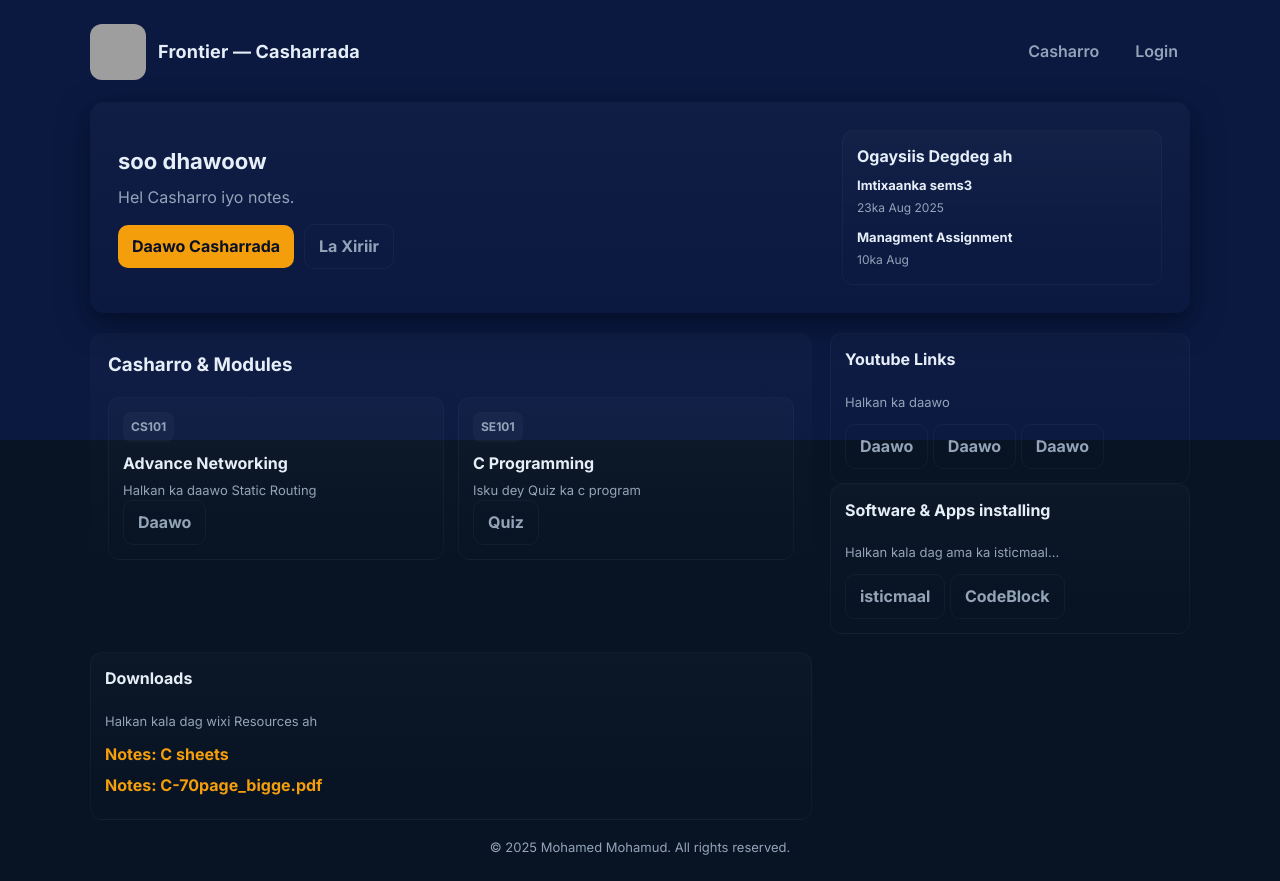
Repository: mrfiiqane/Al-Tacaawun.com
Page: index.html
The author's editor kept a copy of each file at every save. The page is drawn from the files as they stood at one save, then again after the next save.
The browser window is 1280 px wide. The pictures show the whole page.
Pictures or frames that could not be fetched are drawn as grey boxes.

Above is the page before, as saved 2025-08-12 08:52:41.

After the next save:
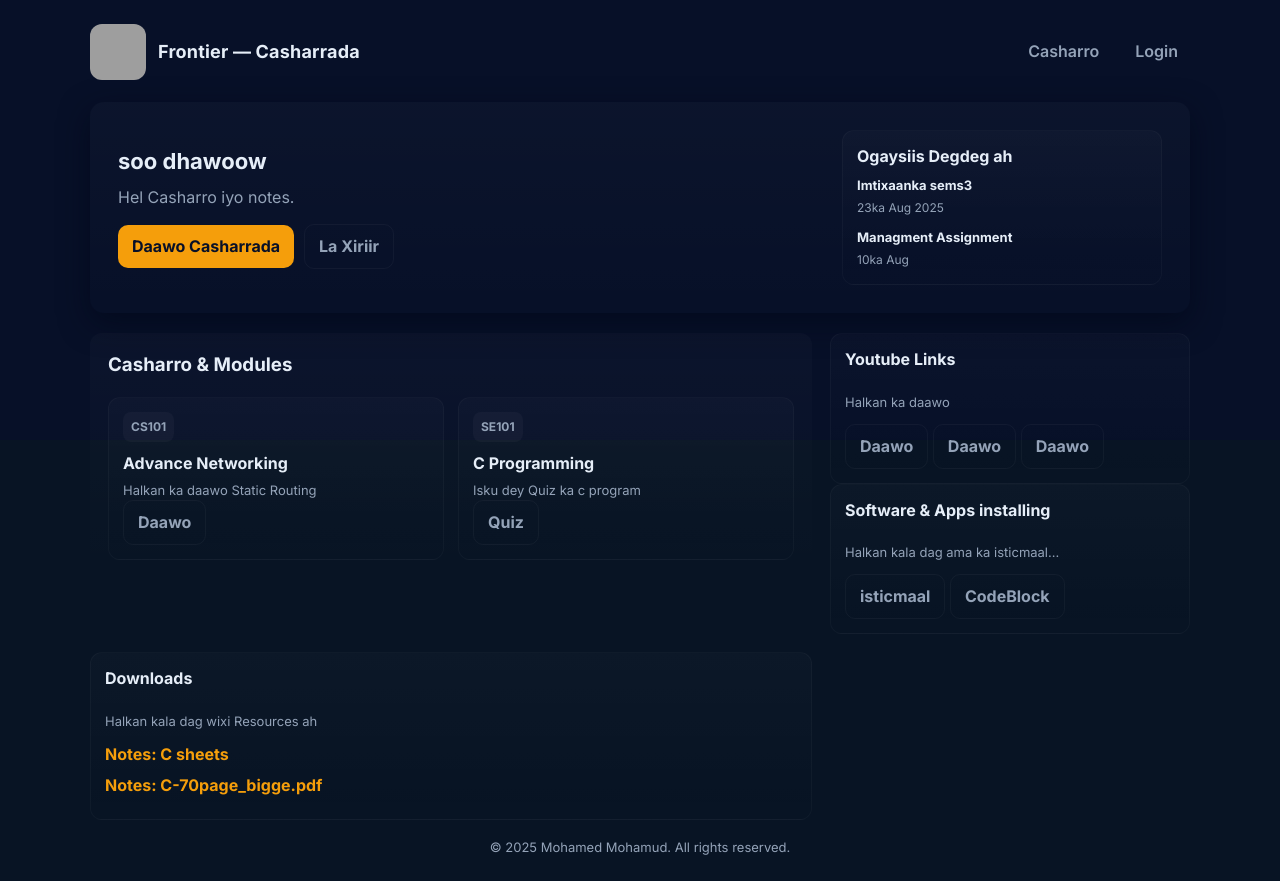
Saved 7 s later.
--- a/style.css
+++ b/style.css
@@ -15,7 +15,7 @@
     }
     body{
       margin:0;
-      background: linear-gradient(180deg,#0b1941 50%, #081424 50%);
+      background: linear-gradient(180deg,#071028 50%, #081424 50%);
       color:#e6eef8;
       -webkit-font-smoothing:antialiased;
       -moz-osx-font-smoothing:grayscale;
